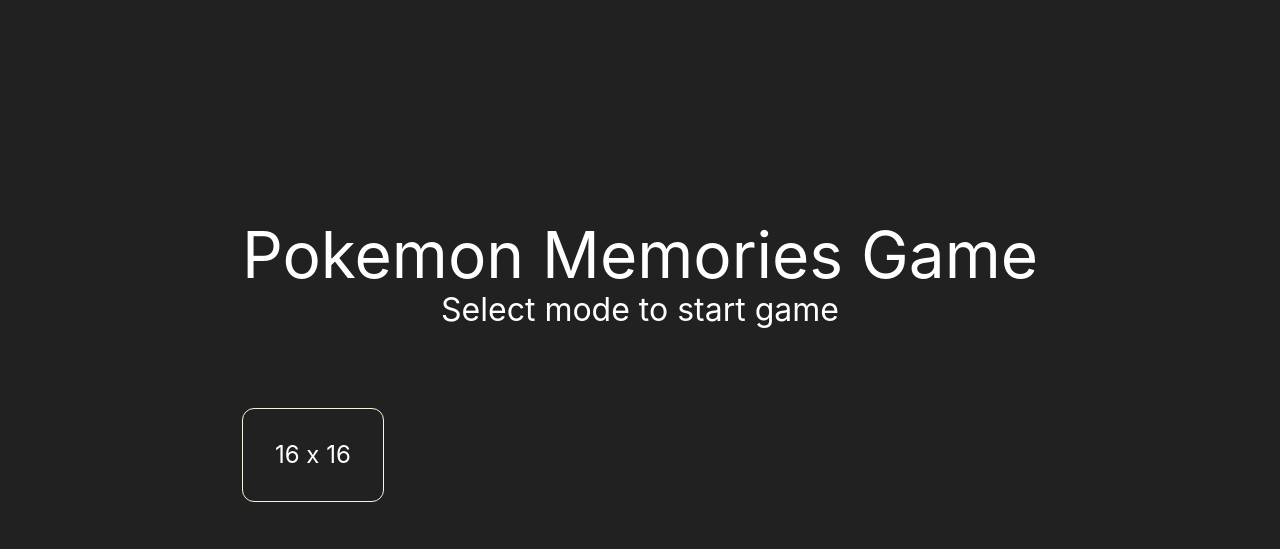
Repository: Kafierence/flip_card
Page: /
An editor plug-in stored every save of this project. The page is shown before and after the next save, followed by the edit.
The browser window is 1280 px wide. The pictures show the whole page.
The project was rebuilt for these pictures with package versions that can differ from the ones it lists, and the page was loaded fresh each time. Also part of the build but not shown: vite.config.js.

Above is the page before, as saved 2022-09-20 14:23:04.

After the next save:
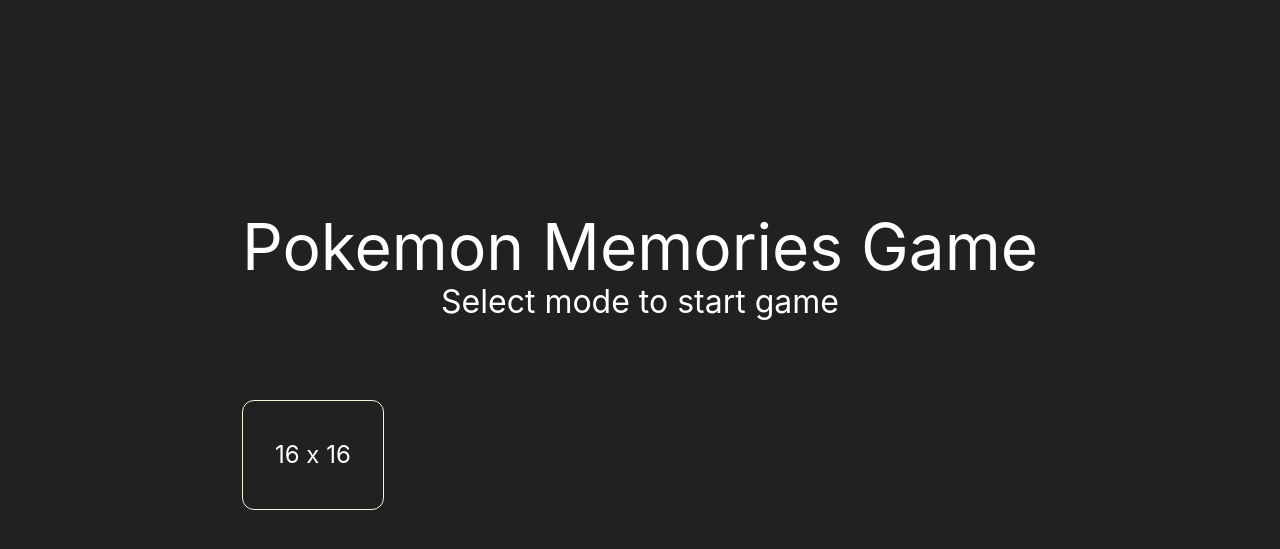
Saved 5 s later.
--- a/src/components/Box.vue
+++ b/src/components/Box.vue
@@ -34,7 +34,7 @@
         align-content: center;
     }
     .box_title{
-        padding: 2rem 2rem;
+        padding: 2.5rem 2rem;
         font-size: 24px;
     }
 </style>
